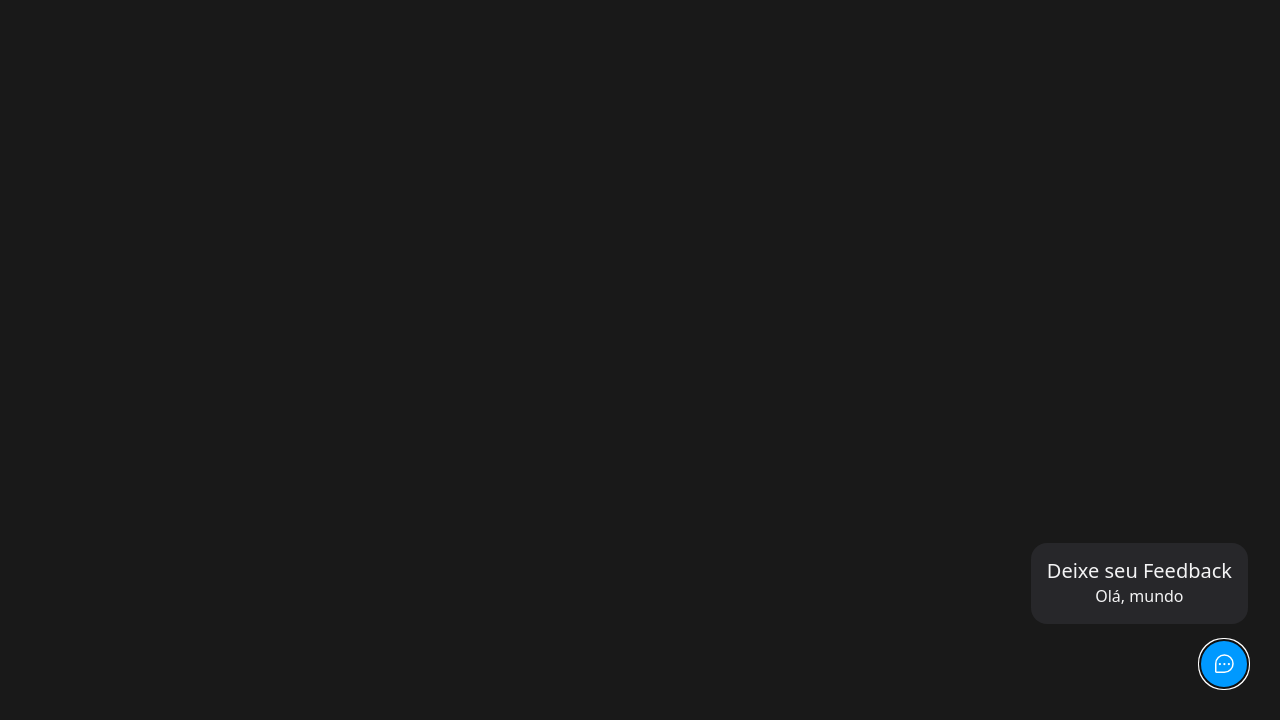
Repository: hochiminh1996/DW2A4
Page: / (app in Atividades/projeto-spa-2/web/), after clicking the first element matching `#headlessui-popover-button-\:ra\:`
An editor plug-in stored every save of this project. The page is shown before and after the next save, followed by the edit.
The browser window is 1280 px wide. The pictures show the whole page.
The project was rebuilt for these pictures with package versions that can differ from the ones it lists, and the page was loaded fresh each time. Also part of the build but not shown: Atividades/projeto-spa-2/web/vite.config.ts.

Above is the page before, as saved 2022-06-13 20:10:19.

### Atividades/projeto-spa-2/web/index.html
<!DOCTYPE html>
<html lang="en">
  <head>
    <meta charset="UTF-8" />
    <link rel="icon" type="image/svg+xml" href="/src/favicon.svg" />
    <meta name="viewport" content="width=device-width, initial-scale=1.0" />
    <title>Feedback</title>
  </head>
  <body>
    <div id="root"></div>
    <script type="module" src="/src/main.tsx"></script>
  </body>
</html>

### Atividades/projeto-spa-2/web/src/main.tsx
// ARQUIVO QUE IRÁ RENDERIZAR O CONTEÚDO NO HTML

import React from 'react'
import ReactDOM from 'react-dom/client'
import {App} from './App'
import "./global.css";

ReactDOM.createRoot(document.getElementById('root')!).render(
  <React.StrictMode>
    <App />
  </React.StrictMode>
)

### Atividades/projeto-spa-2/web/src/App.tsx
// PÁGINA QUE IRÁ CHAMAR TODOS OS COMPONENTES
import { Widget } from "./components/Widget";

export function App() {
  return <Widget />
}

### Atividades/projeto-spa-2/web/src/global.css
@tailwind base;
@tailwind components;
@tailwind utilities;

body{
    background-color: rgba(0, 0, 0, .9);
    @apply text-zinc-100;
}

### Atividades/projeto-spa-2/web/src/components/Widget.tsx
// COMPONENTE DA BOLINHA E CHAMADA DE OUTROS COMPONENTES

import { ChatTeardropDots } from 'phosphor-react'
import { Popover } from '@headlessui/react'; // para acessibilidade
import { WidgetForm } from './WidgetForm';

export function Widget() {
    return (
        //COMPONENTES

        <Popover className="absolute bottom-4 right-4 md:bottom-8 md:right-8 flex flex-col items-end">
            {/* COMPONENTE FORMULÁRIO  */}
            <Popover.Panel>
                <WidgetForm />
            </Popover.Panel>


            <Popover.Button className="bg-[#09f] rounded-full px-3 h-12 flex items-center group">
                {/* ICONE BOLINHA */}
                <ChatTeardropDots className="w-6 h-6 text-white" />

                {/* Visibilidade do texto feedback com propriedades de hover e overflow acionadas ao passar o mouse */}
                <span className="max-w-0 overflow-hidden group-hover:max-w-xs transition-all duration-500 ease-linear">
                    <span className="pl-2">Feedback</span>
                </span>
            </Popover.Button>

        </Popover>

    )
}

### Atividades/projeto-spa-2/web/src/components/WidgetForm.tsx
export function WidgetForm(){
    return (
        <div className="bg-zinc-800 p-4 relative rounded-2xl mb-4 flex flex-col items-center w-[calc(100vw-2rem)] md:w-auto">
            {/* ACIMA TEMOS UM USO INTERESSANTE DE LAYOUT RESPONSIVE */}

            {/* CONTEUDO DO FORM */}
            <header>
                <span className="text-xl leading-6">Deixe seu Feedback</span>
            </header>

            <p>
                Olá, mundo
            </p>

            {/* FOOTER DO DO FORM  */}
            <footer>
                <span></span>
            </footer>
        </div>
    );
}

Loaded but not shown: Atividades/projeto-spa-2/web/tailwind.config.js (common file)

After the next save:
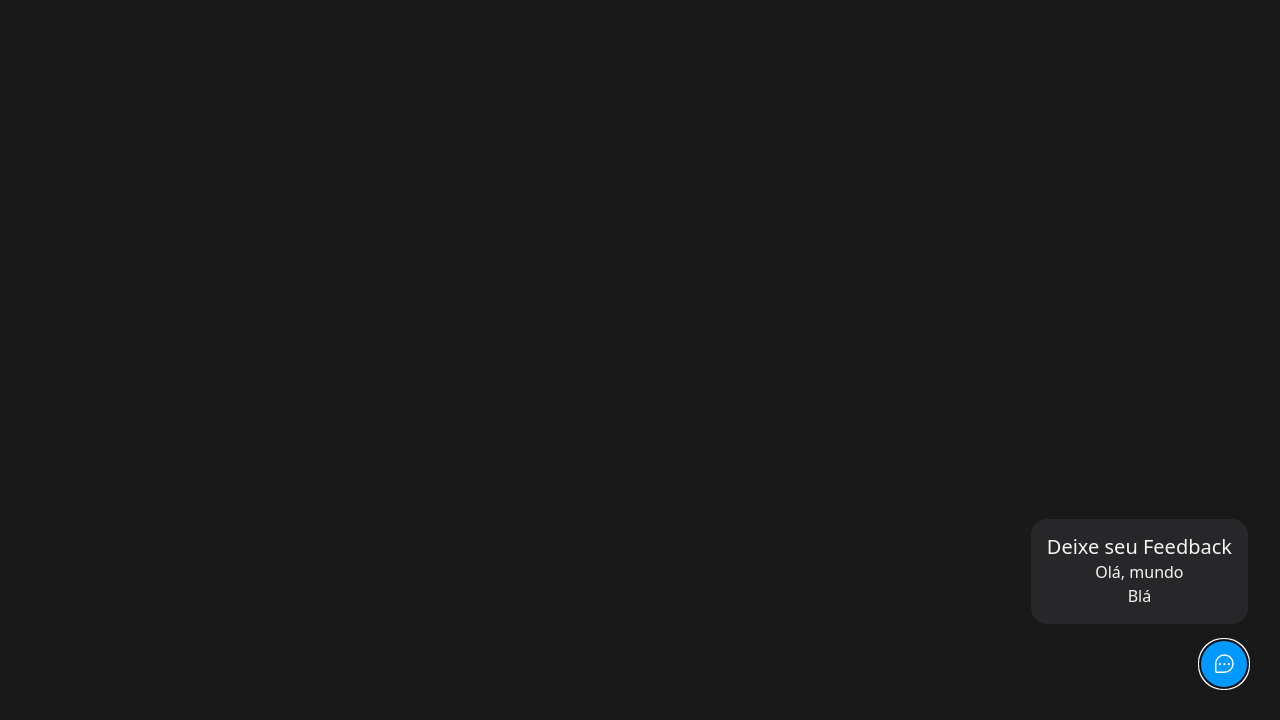
Saved 15 s later.
--- a/Atividades/projeto-spa-2/web/src/components/WidgetForm.tsx
+++ b/Atividades/projeto-spa-2/web/src/components/WidgetForm.tsx
@@ -14,7 +14,7 @@ export function WidgetForm(){
 
             {/* FOOTER DO DO FORM  */}
             <footer>
-                <span></span>
+                <span>Blá</span>
             </footer>
         </div>
     );
